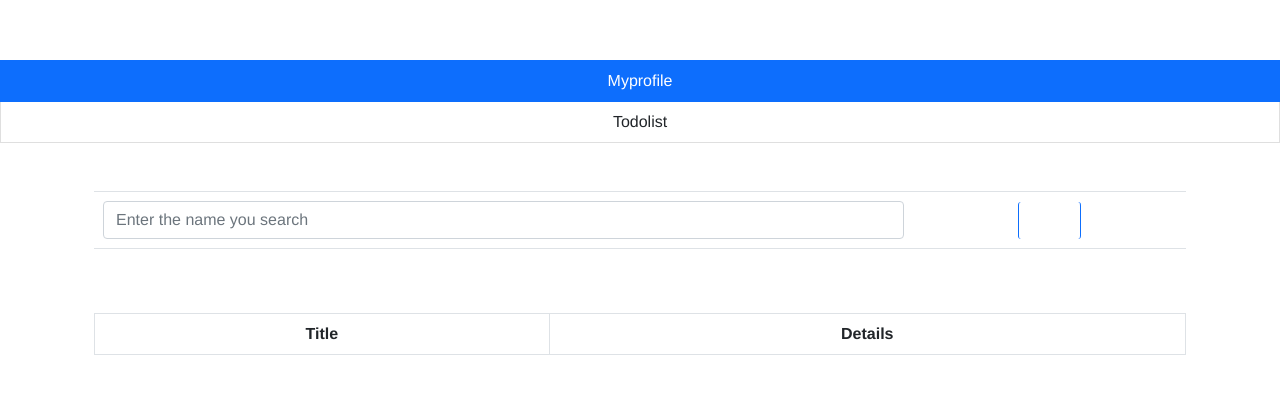
Repository: Shanshan67/todolist
Page: /#/profile
The author's editor kept a copy of each file at every save. The page is drawn from the files as they stood at one save, then again after the next save.
The browser window is 1280 px wide. The pictures show the whole page.
The project was rebuilt for these pictures with package versions that can differ from the ones it lists, and the page was loaded fresh each time. Also part of the build but not shown: src/components/Dashboard.vue, src/components/Todolist.vue.

Above is the page before, as saved 2022-07-15 23:13:10.

After the next save:
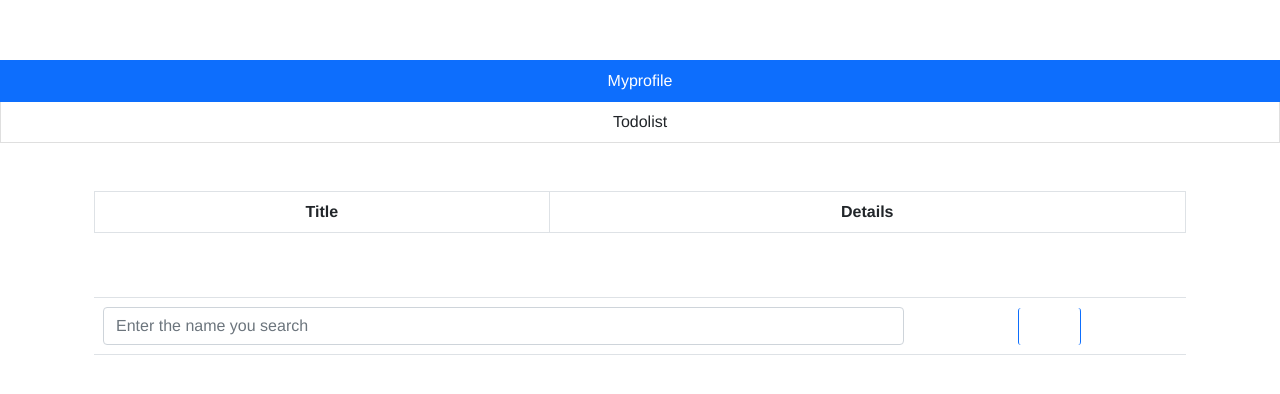
Saved 1 s later.
--- a/src/components/Myprofile.vue
+++ b/src/components/Myprofile.vue
@@ -1,7 +1,7 @@
 <template>
 	<div class="container">
+		<List/>
 		<Search/>
-		<List/>
 	</div>
 </template>
 
